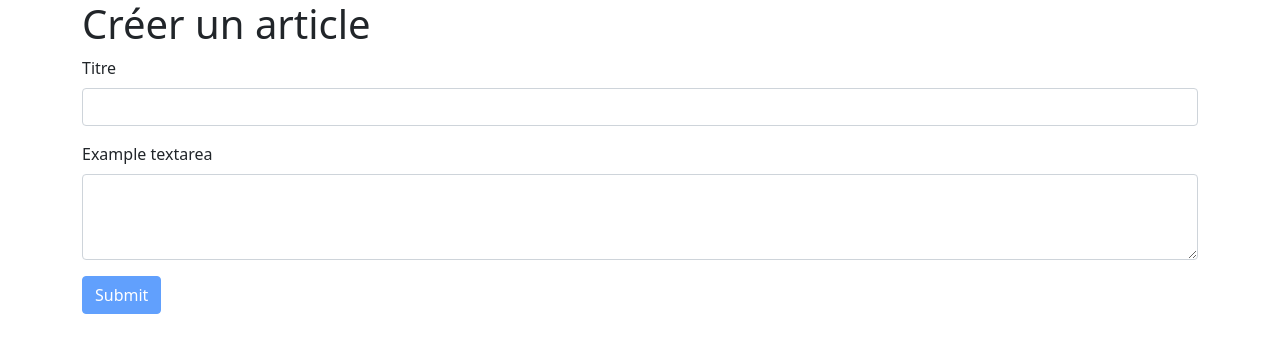
Repository: QuentinFayt/NewsWeb
Page: sources/adminNewsWeb/createArticle.html
These files come from the project's save history. The page is drawn as it stood at one moment and after the next save; the edit follows.
The browser window is 1280 px wide. The pictures show the whole page.

Above is the page before, as saved 2021-12-23 10:52:40.

After the next save:
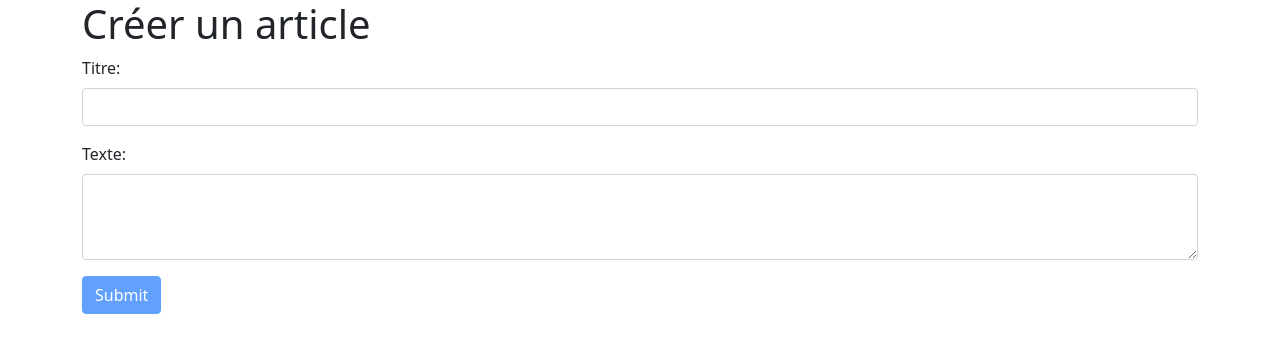
Saved 28 s later.
--- a/sources/adminNewsWeb/createArticle.html
+++ b/sources/adminNewsWeb/createArticle.html
@@ -17,12 +17,12 @@
         <h1>Créer un article</h1>
         <form>
             <div class="mb-3">
-                <label for="titre" class="form-label">Titre</label>
+                <label for="titre" class="form-label">Titre:</label>
                 <input type="text" class="form-control" id="titre" required>
             </div>
             <div class="mb-3">
-                <label for="exampleFormControlTextarea1" class="form-label">Example textarea</label>
-                <textarea class="form-control" id="exampleFormControlTextarea1" rows="3"></textarea>
+                <label for="text" class="form-label">Texte:</label>
+                <textarea class="form-control" id="text" rows="3"></textarea>
             </div>
             <button type="submit" class="btn btn-primary" disabled>Submit</button>
         </form>
